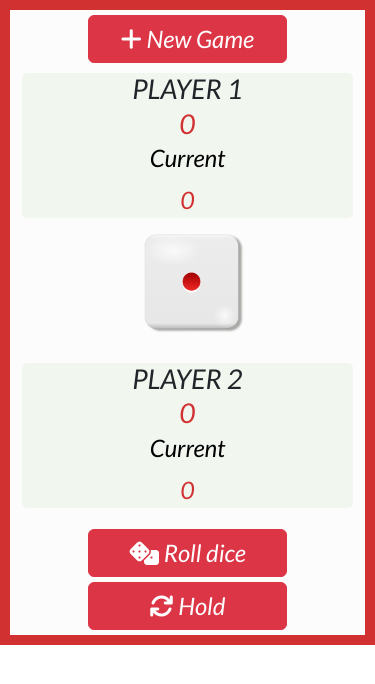
Repository: haifabilel/Eval_JAVASCRIPT
Page: index.html
The author's editor kept a copy of each file at every save. The page is drawn from the files as they stood at one save, then again after a run of saves.
The browser window is 375 px wide. The pictures show the whole page.
Some web libraries are served in a nearby version.

Above is the page before, as saved 2023-06-07 18:26:38.

After the next 2 saves:
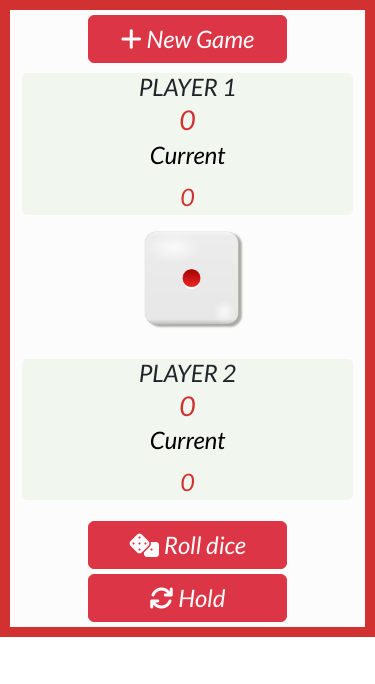
The 2 saves are shown as one change because they came seconds apart.
The last was saved 17 h 19 min later.
--- a/style.css
+++ b/style.css
@@ -110,7 +110,7 @@ img{
 /* Mode mobile */
 @media screen and (max-width:576px){
     h2{
-        font-size:1.7rem;
+        font-size:1.5rem;
     }
     .player_1{
         margin-top:10px;
